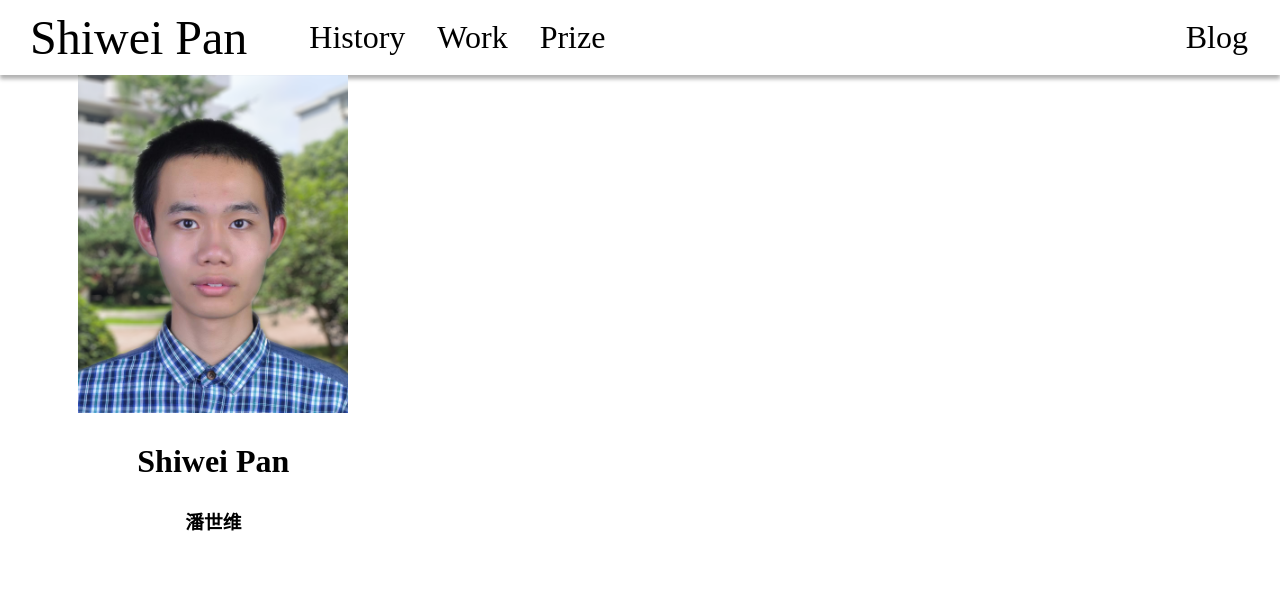
Repository: erikpsw/web
Page: new/psw.html
An editor plug-in stored every save of this project. The page is shown before and after the next save, followed by the edit.
The browser window is 1280 px wide. The pictures show the whole page.

Above is the page before, as saved 2022-06-16 22:17:55.

### new/psw.html
<!DOCTYPE html>
<html>
<head>
<meta charset="utf-8">
<title>Shiwei Pan</title>
<link rel="stylesheet" type="text/css" href="styles.css">
</head>
<body class="body">
<nav id="start_box">
    <a class="nav" id="title" href="">Shiwei Pan</a>
    <a class="nav" href="" >History</a>
    <a class="nav" href="">Work</a>
    <a class="nav" href="">Prize</a>
    <a class="nav" id="myblog" target="_blank" href="https://erikpsw.github.io/">Blog</a>
</nav>
<section>
    <div id="profile">
        <img src="\pic\mine.png" id="mine">
        <h2 id="intro">Shiwei Pan</h2>
        <h3 style="font-family: STZhongsong;">潘世维</h3>
    </div>
</section>
</body>
</html>

### new/styles.css
#start_box
{
    background-color: whit;
    display:flex;
    box-shadow: 0 0.25rem 0.25rem 0 rgb(0 0 0 / 31%);
}

#title{
    text-decoration: none;
    font-family:"Times New Roman",Georgia,Serif;
    font-style:inherit;
    padding:10px 30px 10px;
    color:black;
    font-size: 3em;
}

.nav{
    text-decoration: none;
    font-family:"Times New Roman",Georgia,Serif;
    padding-left:1em;
    color:black;
    display: inline-flex;
    align-items: center;
    font-size: 2em;
}

.body{
    margin: 0%;
}

#myblog{
    margin-left: auto;
    padding-right: 1em;
}

#mine{
    width: 270px;
    height: 337.5px;
}

#profile{
    text-align: center;
    max-width: 33.333%;
}

#intro{
    font-family: "Times New Roman",Georgia,Serif;
    font-size: 2em;
}

After the next save:
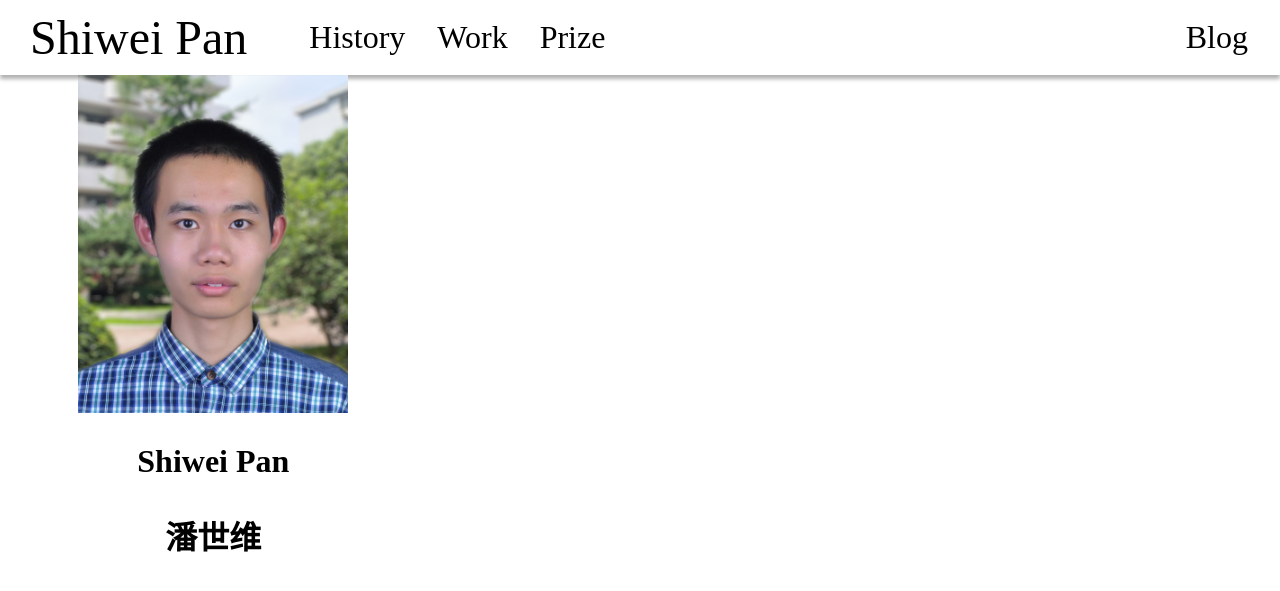
Saved 19 s later.
--- a/new/psw.html
+++ b/new/psw.html
@@ -17,7 +17,7 @@
     <div id="profile">
         <img src="\pic\mine.png" id="mine">
         <h2 id="intro">Shiwei Pan</h2>
-        <h3 style="font-family: STZhongsong;">潘世维</h3>
+        <h3 style="font-family: STZhongsong; font-size: 2em;">潘世维</h3>
     </div>
 </section>
 </body>
